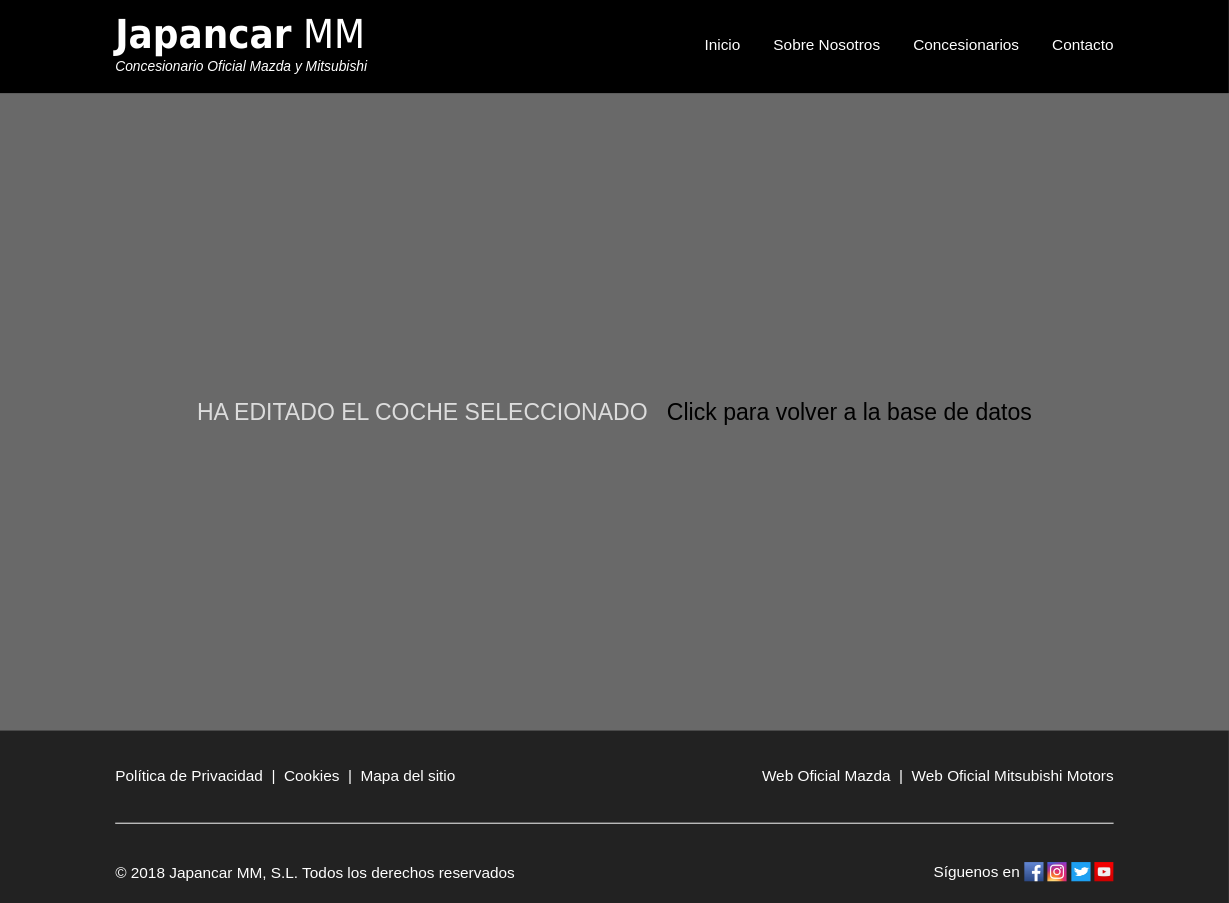
Repository: fjrm/Proyecto_1
Page: PruebaEE/WebContent/Editar.html
These files come from the project's save history. The page is drawn as it stood at one moment and after the next save; the edit follows.
The browser window is 1280 px wide. The pictures show the whole page, at 96% of full size.
Some web libraries are served in a nearby version.

Above is the page before, as saved 2018-12-05 12:29:48.

After the next save:
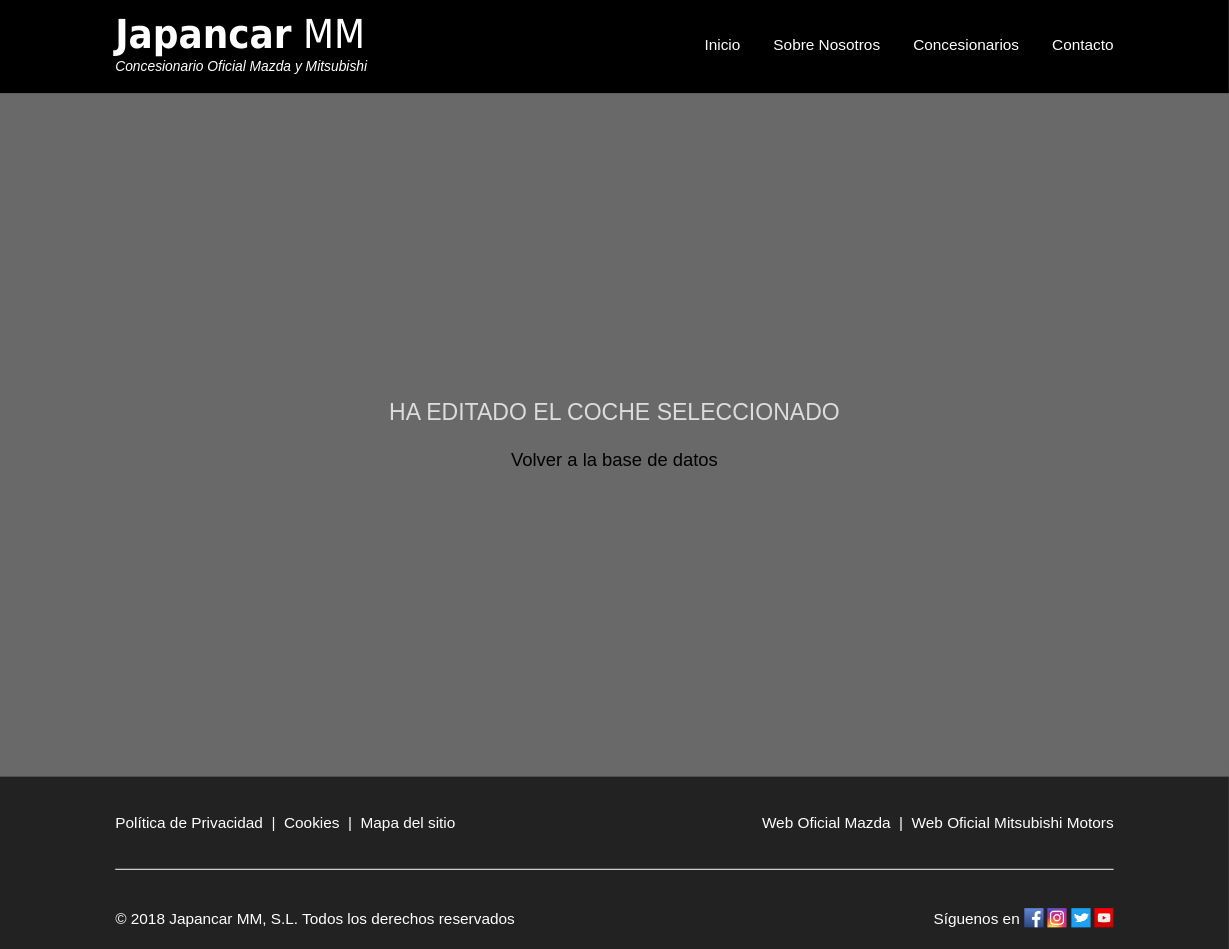
Saved 4 min 23 s later.
--- a/PruebaEE/WebContent/Editar.html
+++ b/PruebaEE/WebContent/Editar.html
@@ -55,7 +55,9 @@
 		</header>
 		<main>
 			HA EDITADO EL COCHE SELECCIONADO
-			<a href='GestionCoches.jsp'> &nbsp Click para volver a la base de datos</a>
+			<br>
+			<br>
+			<a style='font-size: 0.8em' href='GestionCoches.jsp'> Volver a la base de datos</a>
 		</main>
 		<footer>
 			<section>
